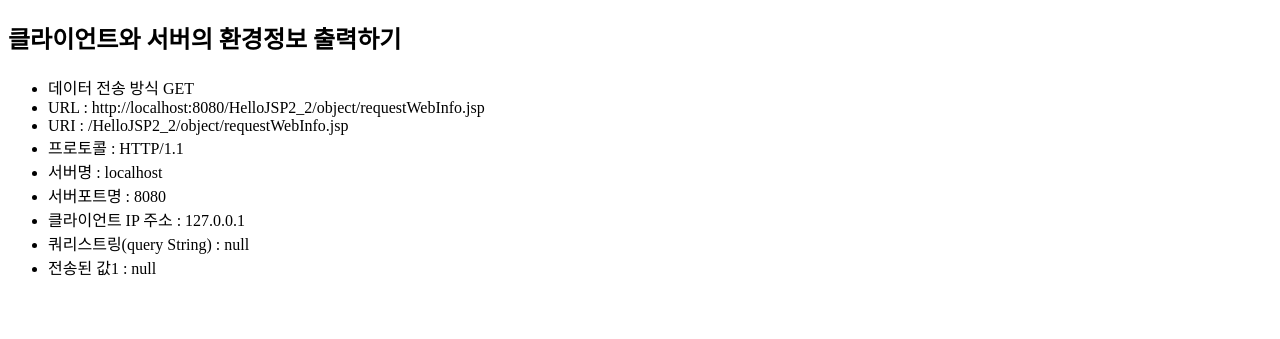
Repository: parkblacksheep/JSP-Servlet
Page: http://localhost/HelloJSP2_2/object/requestWebInfo.jsp
The author's editor kept a copy of each file at every save. The page is drawn from the files as they stood at one save, then again after the next save.
The browser window is 1280 px wide. The pictures show the whole page.
The page is served by Tomcat 9.

Above is the page before, as saved 2024-07-25 01:45:23.

### HelloJSP2_2/src/main/webapp/object/requestWebInfo.jsp
<%@ page language="java" contentType="text/html; charset=UTF-8"
    pageEncoding="UTF-8"%>
<!DOCTYPE html>
<html>
	<head>
		<meta charset="UTF-8">
		<title>Insert title here</title>
	</head>

	<body>
		<h2>클라이언트와 서버의 환경정보 출력하기</h2>
		<ul>
			<li>데이터 전송 방식 <%= request.getMethod() %></li>
			<li>URL : <%= request.getRequestURL() %></li>
			<li>URI : <%= request.getRequestURI() %></li>
			<li>프로토콜 : <%= request.getProtocol() %></li>
			<li>서버명 : <%= request.getServerName() %></li>
			<li>서버포트명 : <%= request.getServerPort() %></li>
			<li>클라이언트 IP 주소  : <%= request.getRemoteAddr() %></li>
			<li>쿼리스트링(query String)  : <%= request.getQueryString() %></li>
			<li>전송된 값1 : <%= request.getParameter("eng") %></li>
		</ul>
	</body>
</html>

After the next save:
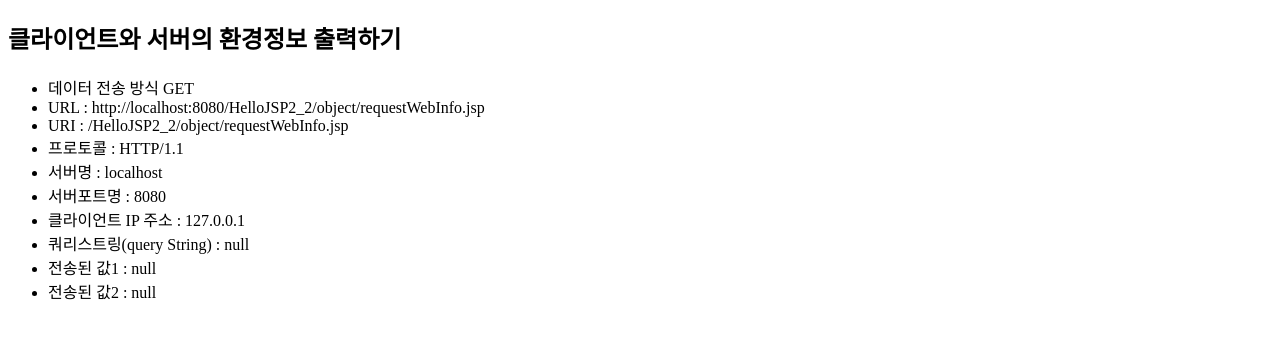
Saved 8 s later.
--- a/HelloJSP2_2/src/main/webapp/object/requestWebInfo.jsp
+++ b/HelloJSP2_2/src/main/webapp/object/requestWebInfo.jsp
@@ -19,6 +19,7 @@
 			<li>클라이언트 IP 주소  : <%= request.getRemoteAddr() %></li>
 			<li>쿼리스트링(query String)  : <%= request.getQueryString() %></li>
 			<li>전송된 값1 : <%= request.getParameter("eng") %></li>
+			<li>전송된 값2 : <%= request.getParameter("eng") %></li>
 		</ul>
 	</body>
 </html>
